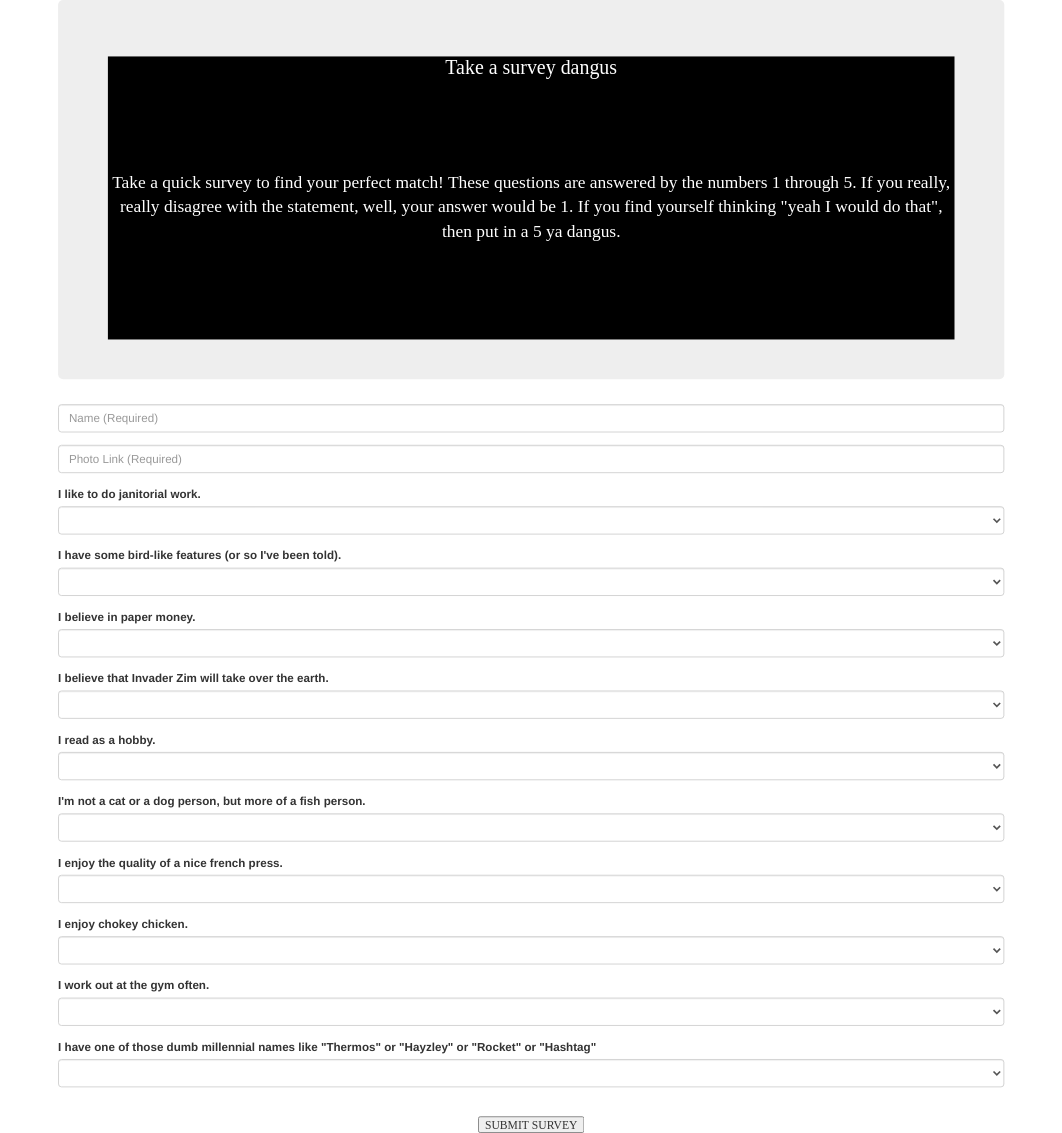
Repository: kcummings1/Mate-Matcher
Page: public/survey.html
These files come from the project's save history. The page is drawn as it stood at one moment and after the next save; the edit follows.
The browser window is 1280 px wide. The pictures show the whole page, at 83% of full size.
Some web libraries are served in a nearby version.

Above is the page before, as saved 2019-10-05 13:58:41.
Console error: ReferenceError: config is not defined

### public/survey.html
<!DOCTYPE html>
<html>

<head>
    <title>Friend Finder | Survey</title>
    <meta charset="UTF-8">
    <link rel="stylesheet" type="text/css" href="style.css">
    <!--===================\\BootStrap//===================-->
    <link rel="stylesheet" href="https://maxcdn.bootstrapcdn.com/bootstrap/3.3.7/css/bootstrap.min.css">
    <link rel="stylesheet" href="https://maxcdn.bootstrapcdn.com/font-awesome/4.7.0/css/font-awesome.min.css">
</head>

<body>

    <div class="container">
        <div class="jumbotron">
                <div class="title" style="background-color: #000;">
                <h3>Take a survey dangus</h3> <br>
            <p>Take a quick survey to find your perfect match! These questions are answered by the numbers 1 through 5.
                If
                you really, really disagree with the statement, well, your answer would be 1. If you find yourself
                thinking
                "yeah I would do that", then put in a 5 ya dangus.</p> <br>
               </div>
        </div>
        <form>
            <div class="form-group">
                <input id="name" type="text" class="form-control" placeholder="Name (Required)">
            </div>
            <div class="form-group">
                <input id="photo" type="text" class="form-control" placeholder="Photo Link (Required)">
            </div>


            <div class="form-group">
                <label for="q1">I like to do janitorial work.</label>
                <select class="form-control" id="q1">
                    <option value="empty"></option>
                    <option value="1">1 (I Do not like that at all!!)</option>
                    <option value="2">2</option>
                    <option value="3">3 (Meh)</option>
                    <option value="4">4</option>
                    <option value="5">5 (I do like that A lot!!)</option>
                </select>
            </div>
            <div class="form-group">
                <label for="q2">I have some bird-like features (or so I've been told).</label>
                <select class="form-control" id="q2">
                    <option value="empty"></option>
                    <option value="1">1 (I Do not like that at all!!)</option>
                    <option value="2">2</option>
                    <option value="3">3 (Meh)</option>
                    <option value="4">4</option>
                    <option value="5">5 (I do like that A lot!!)</option>
                </select>
            </div>
            <div class="form-group">
                <label for="q3">I believe in paper money.</label>
                <select class="form-control" id="q3">
                    <option value="empty"></option>
                    <option value="1">1 (I Do not like that at all!!)</option>
                    <option value="2">2</option>
                    <option value="3">3 (Meh)</option>
                    <option value="4">4</option>
                    <option value="5">5 (I do like that A lot!!)</option>
                </select>
            </div>
            <div class="form-group">
                <label for="q4">I believe that Invader Zim will take over the earth.</label>
                <select class="form-control" id="q4">
                    <option value="empty"></option>
                    <option value="1">1 (I Do not like that at all!!)</option>
                    <option value="2">2</option>
                    <option value="3">3 (Meh)</option>
                    <option value="4">4</option>
                    <option value="5">5 (I do like that A lot!!)</option>
                </select>
            </div>
            <div class="form-group">
                <label for="q5">I read as a hobby.</label>
                <select class="form-control" id="q5">
                    <option value="empty"></option>
                    <option value="1">1 (I Do not like that at all!!)</option>
                    <option value="2">2</option>
                    <option value="3">3 (Meh)</option>
                    <option value="4">4</option>
                    <option value="5">5 (I do like that A lot!!)</option>
                </select>
            </div>
            <div class="form-group">
                <label for="q6">I'm not a cat or a dog person, but more of a fish person.</label>
                <select class="form-control" id="q6">
                    <option value="empty"></option>
                    <option value="1">1 (I Do not like that at all!!)</option>
                    <option value="2">2</option>
                    <option value="3">3 (Meh)</option>
                    <option value="4">4</option>
                    <option value="5">5 (I do like that A lot!!)</option>
                </select>
            </div>
            <div class="form-group">
                <label for="q7">I enjoy the quality of a nice french press.</label>
                <select class="form-control" id="q7">
                    <option value="empty"></option>
                    <option value="1">1 (I Do not like that at all!!)</option>
                    <option value="2">2</option>
                    <option value="3">3 (Meh)</option>
                    <option value="4">4</option>
                    <option value="5">5 (I do like that A lot!!)</option>
                </select>
            </div>
            <div class="form-group">
                <label for="q8">I enjoy chokey chicken.</label>
                <select class="form-control" id="q8">
                    <option value="empty"></option>
                    <option value="1">1 (I Do not like that at all!!)</option>
                    <option value="2">2</option>
                    <option value="3">3 (Meh)</option>
                    <option value="4">4</option>
                    <option value="5">5 (I do like that A lot!!)</option>
                </select>
            </div>
            <div class="form-group">
                <label for="q9">I work out at the gym often.</label>
                <select class="form-control" id="q9">
                    <option value="empty"></option>
                    <option value="1">1 (I Do not like that at all!!)</option>
                    <option value="2">2</option>
                    <option value="3">3 (Meh)</option>
                    <option value="4">4</option>
                    <option value="5">5 (I do like that A lot!!)</option>
                </select>
            </div>
            <div class="form-group">
                <label for="q10">I have one of those dumb millennial names like "Thermos" or "Hayzley" or
                    "Rocket" or "Hashtag"</label>
                <select class="form-control" id="q10">
                    <option value="empty"></option>
                    <option value="1">1 (I Do not like that at all!!)</option>
                    <option value="2">2</option>
                    <option value="3">3 (Meh)</option>
                    <option value="4">4</option>
                    <option value="5">5 (I do like that A lot!!)</option>
                </select>
            </div>
        </form>


        <div class="text-center"><br>
            <input type="submit" class="fa fa-pencil survey-button" value="Submit Survey" id="submit">
        </div>

        <!-- Modal after survey completion -->
        <div id="bestFriendModal" class="modal fade" role="dialog">
            <div class="modal-dialog">
                <div class="modal-content">
                    <div class="modal-header">

                        <h3 class="modal-title">Your New Best Friend</h1>
                    </div>
                    <div class="modal-body">
                        <h2 id="bestFriend"></h2>

                    </div>
                    <div class="modal-footer">
                        <!-- <img id="bestFriendPhoto" src="#"> <button type="button" class="btn btn-default" data-dismiss="modal">Close</button> -->
                    </div>
                </div>
            </div>
        </div>
    </div>

    <script src="https://code.jquery.com/jquery-3.2.1.min.js"
        integrity="sha256-hwg4gsxgFZhOsEEamdOYGBf13FyQuiTwlAQgxVSNgt4=" crossorigin="anonymous"></script>
    <script src="https://maxcdn.bootstrapcdn.com/bootstrap/3.3.7/js/bootstrap.min.js"></script>
</body>

</html>

<script type="text/javascript">
    for (var selector in config) {
        $(selector).chosen(config[selector]);
    }
    //=========\\====Capturing form inputs====//==========\\
    $("#submitBtn").on("click", function (event) {
        event.preventDefault();


        //=========\\====Form validation====//==========\\
        function valForm() {
            var isVal = true;
            $(".form-control").each(function () {
                if ($(this).val() === "") {
                    isVal = false;

                }
            });
        }

        $(".chosen-select").each(function () {

            if ($(this).val() === "") {
                isVal = false;
            }
        })
        return isVal;

        //=========\\====If all required fields are filled====//==========\\
        if (valForm()) {
            //=========\\====Create an object for the user's data====//==========\\
            var userData = {
                name: $("#name").val(),
                Photo: $("#photo").val(),
                scores: [
                    $("#q1").val(),
                    $("#q2").val(),
                    $("#q3").val(),
                    $("#q4").val(),
                    $("#q5").val(),
                    $("#q6").val(),
                    $("#q7").val(),
                    $("#q8").val(),
                    $("#q9").val(),
                    $("#q10").val(),
                ]
            };
            //=========\\====AJAX post the data to the friends API.====//==========\\
            $.post(currentURL + "/api/friends", userData, function (data) {


                $("#matchName").text(data.name);
                $("#matchImg").attr("src", data.photo);

                $("#resultsModal").modal("toggle");

            });
        }
        else {
            alert("Fill out for before submitting!");
        }
        return false;
    });

    </script>

</html>

### public/style.css
.title{
	text-align: center;
	font-family: "Comfortaa";
	font-size: 500%;
	color: #fff;
}

.slogan{
	text-align: center;
	font-family: "PT Mono";
	font-size: 150%;
	text-transform: uppercase;
	color: #fff;
}

.survey-button{
	text-align: center;
	font-family: "PT Mono";
	font-size: 120%;
	text-transform: uppercase;
}

.subtitle{
	text-align: center;
	font-family: "Comfortaa";
	font-size: 200%;
	font-weight: bold;
}

.survey-container{
	width: 50%;
	margin-left: 25%;
	text-align: center;
}

After the next save:
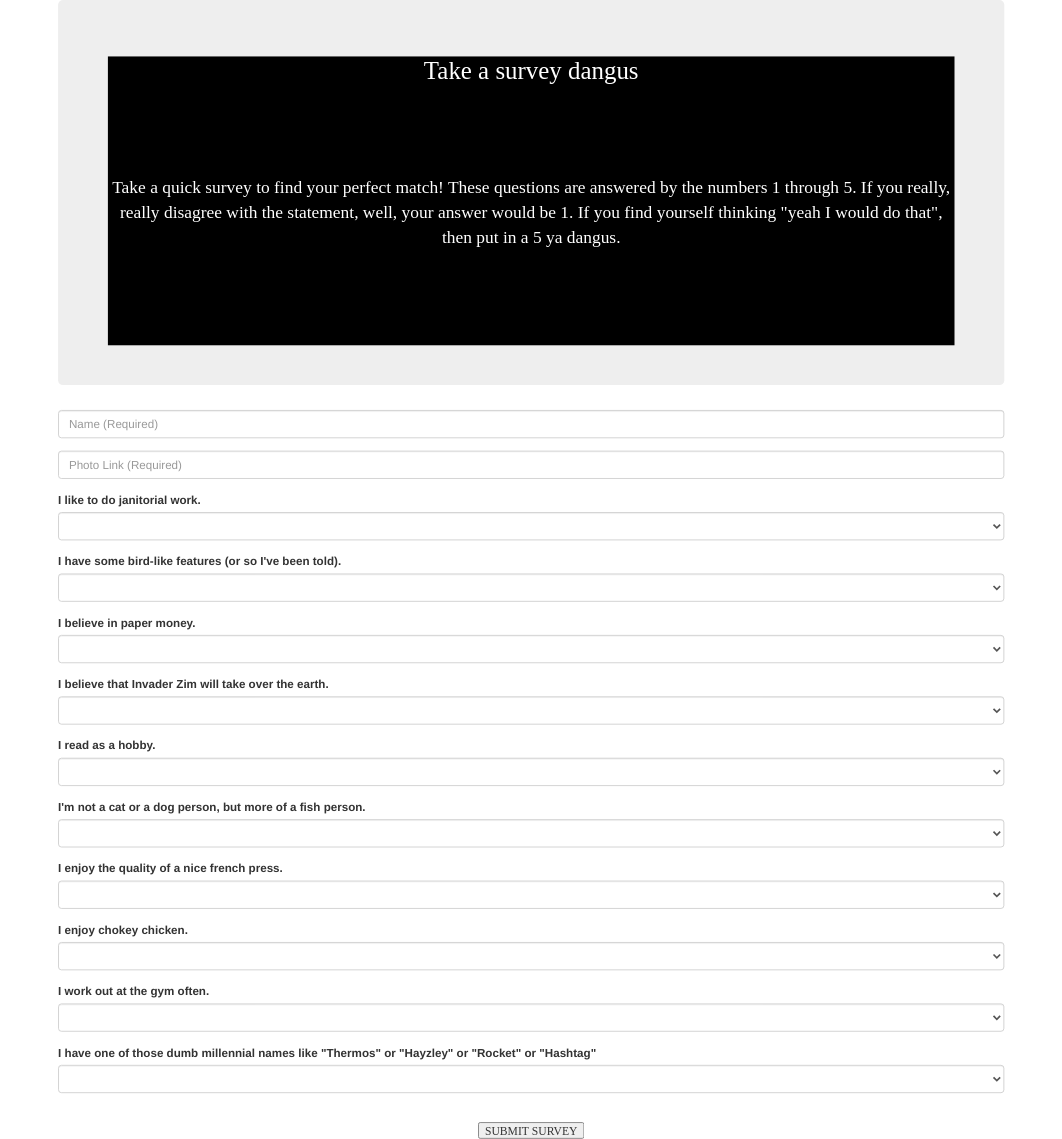
Saved 13 s later.
--- a/public/survey.html
+++ b/public/survey.html
@@ -15,7 +15,7 @@
     <div class="container">
         <div class="jumbotron">
                 <div class="title" style="background-color: #000;">
-                <h3>Take a survey dangus</h3> <br>
+                <h2>Take a survey dangus</h2> <br>
             <p>Take a quick survey to find your perfect match! These questions are answered by the numbers 1 through 5.
                 If
                 you really, really disagree with the statement, well, your answer would be 1. If you find yourself
